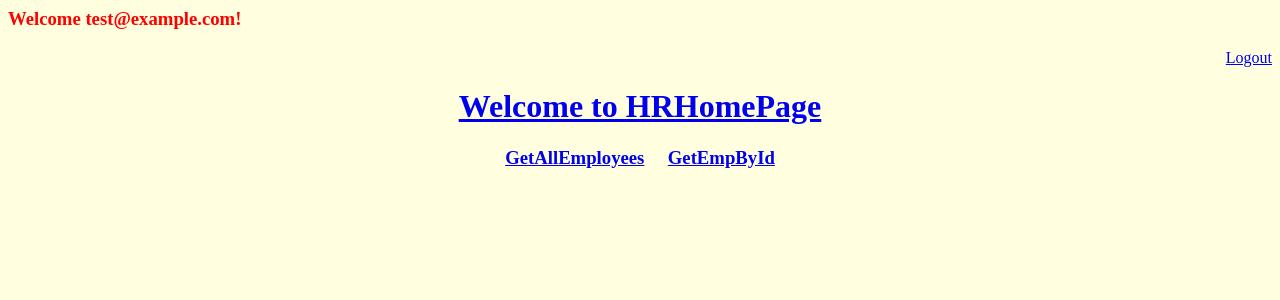
Repository: rajeshyadav3/Advjava
Page: http://localhost/EmpWebApp/HRHomePage
These files come from the project's save history. The page is drawn as it stood at one moment and after the next save; the edit follows.
The browser window is 1280 px wide. The pictures show the whole page.
The page is served by Tomcat 9. The session is filled in as if someone had signed in: {"emailId": "test@example.com"}.

Above is the page before, as saved 2024-01-05 11:44:00.

After the next save:
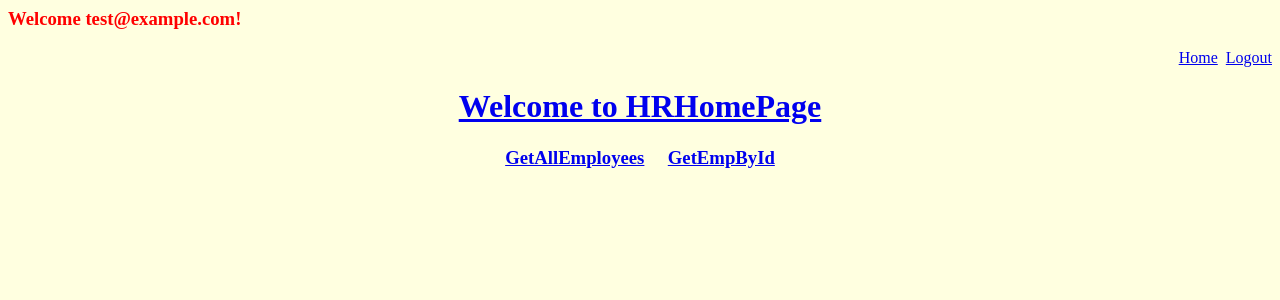
Saved 2 days later.
--- a/workspace2/EmpWebApp/src/com/web/HRHomePage.java
+++ b/workspace2/EmpWebApp/src/com/web/HRHomePage.java
@@ -31,6 +31,7 @@ public class HRHomePage extends HttpServlet {
 
 		//for Logout
 		out.print("<form align='right'>");
+		out.print("<a href='HRHomePage'>Home</a> &nbsp;");
 		out.print("<a href='Logout'>Logout</>");
 		out.print("<form>");
 
